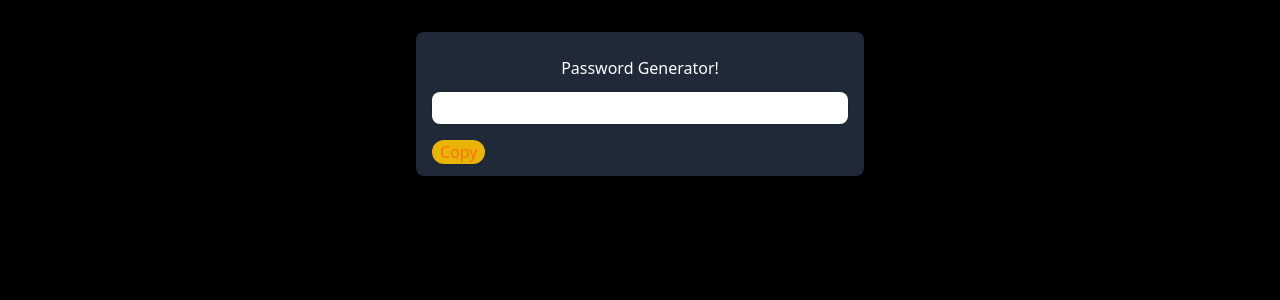
Repository: tirth2014/chai-aur-react
Page: / (app in 05_password-generator/)
The author's editor kept a copy of each file at every save. The page is drawn from the files as they stood at one save, then again after the next save.
The browser window is 1280 px wide. The pictures show the whole page.
The project was rebuilt for these pictures with package versions that can differ from the ones it lists, and the page was loaded fresh each time. Also part of the build but not shown: 05_password-generator/vite.config.js.

Above is the page before, as saved 2023-10-07 16:43:57.

After the next save:
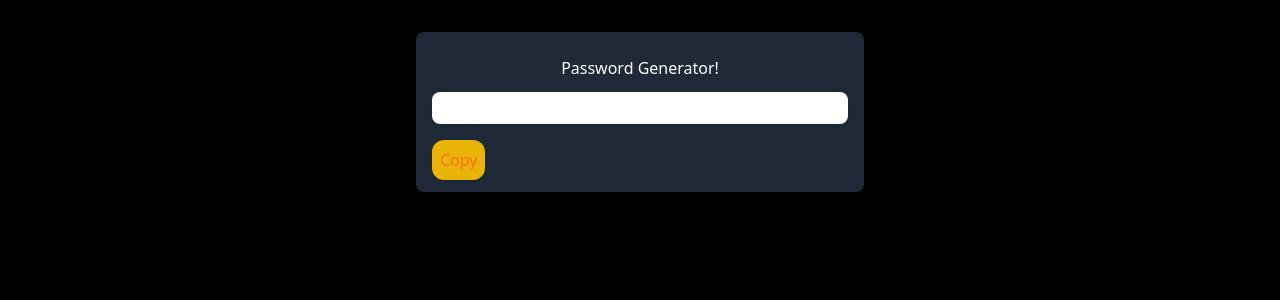
Saved 7 s later.
--- a/05_password-generator/src/App.jsx
+++ b/05_password-generator/src/App.jsx
@@ -20,7 +20,7 @@ function App() {
           className='outline-none w-full py-1 px-3'
           />
         </div>
-        <button className='shadow bg-yellow-500 rounded-xl px-2'>Copy</button>
+        <button className='shadow bg-yellow-500 rounded-xl px-2 py-2'>Copy</button>
       </div>
     </>
   )
